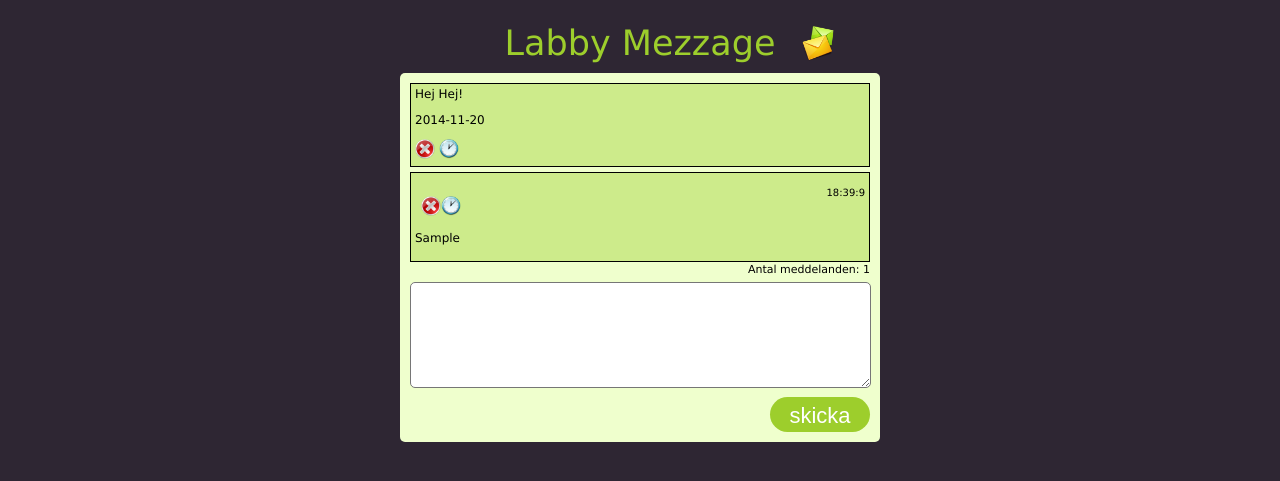
Repository: ad222kr/1dv403-laborationer
Page: 2-labbymezzage/index.html
The author's editor kept a record of every edit. The page is drawn from the files as they stood at one moment, then again after the next edit.
The browser window is 1280 px wide. The pictures show the whole page.
Empty fields were first filled with sample values (such as "Sample", 5 or name@example.com).
After loading, the first visible `#button` was clicked once.

Above is the page before.

After the next edit:
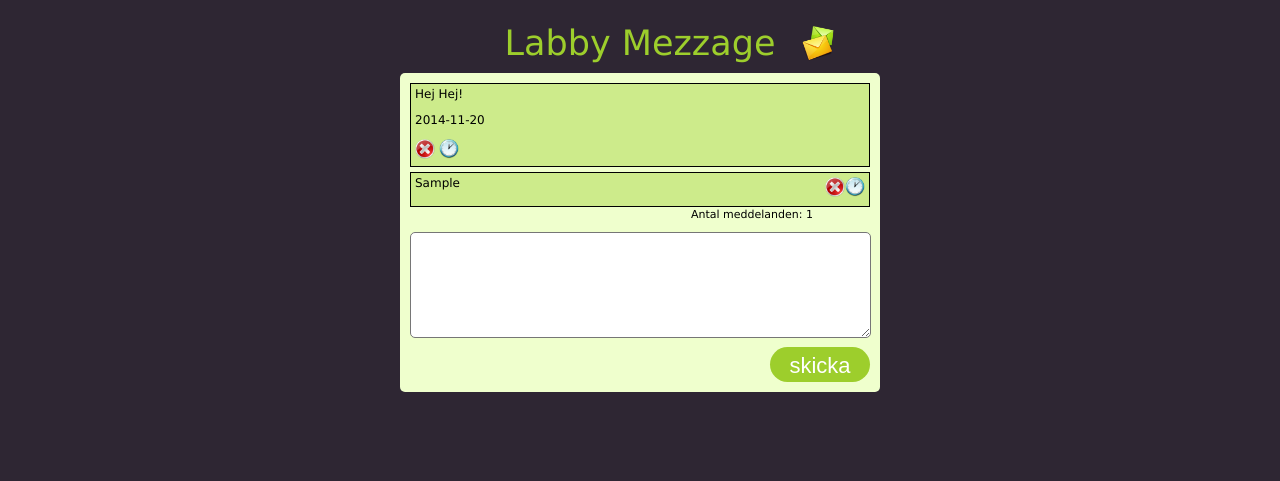
The edit:
--- a/2-labbymezzage/js/MessageBoard.js
+++ b/2-labbymezzage/js/MessageBoard.js
@@ -72,7 +72,7 @@
         div.appendChild(messageDiv);
         aClose.appendChild(imgClose);
         aTime.appendChild(imgTime);
-        buttonDiv.appendChild(time);
+
         buttonDiv.appendChild(aClose);
         buttonDiv.appendChild(aTime);
         messageDiv.appendChild(buttonDiv);

After the edit that followed:
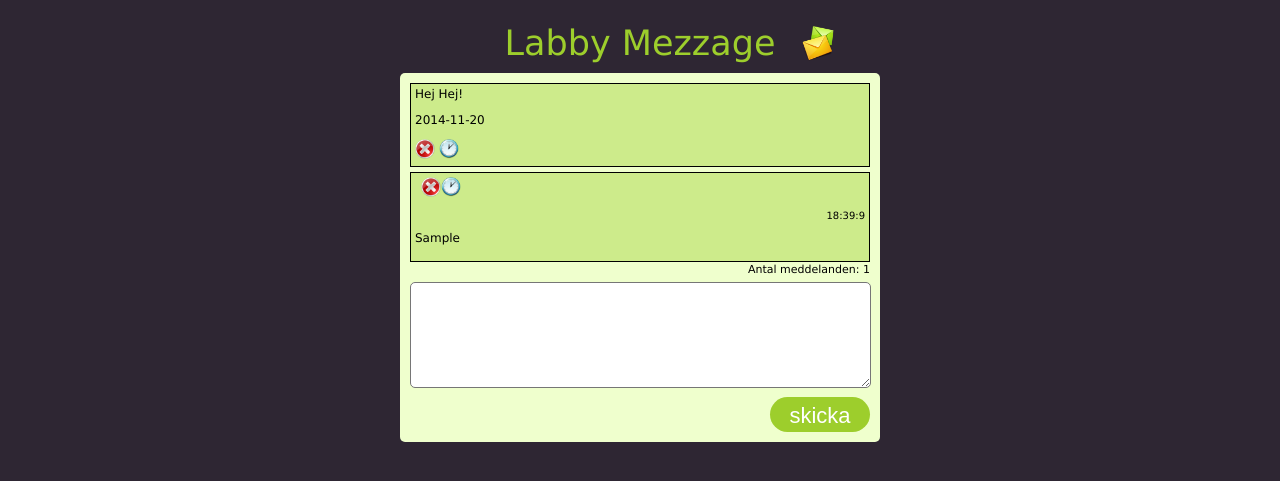
The edit:
--- a/2-labbymezzage/js/MessageBoard.js
+++ b/2-labbymezzage/js/MessageBoard.js
@@ -75,6 +75,7 @@
 
         buttonDiv.appendChild(aClose);
         buttonDiv.appendChild(aTime);
+        buttonDiv.appendChild(time);
         messageDiv.appendChild(buttonDiv);
         messageDiv.appendChild(text);
 
